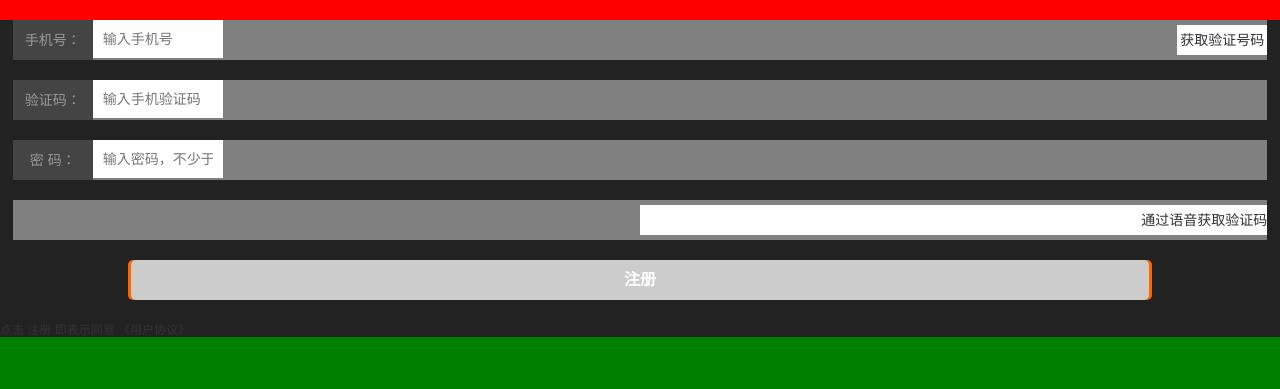
Repository: wangxinjun08231116/Html5Views
Page: WangXinJun/WebContent/htmls/QCF/ZhuCe.html
The author's editor kept a copy of each file at every save. The page is drawn from the files as they stood at one save, then again after the next save.
The browser window is 1280 px wide. The pictures show the whole page.

Above is the page before, as saved 2015-01-22 07:08:04.

After the next save:
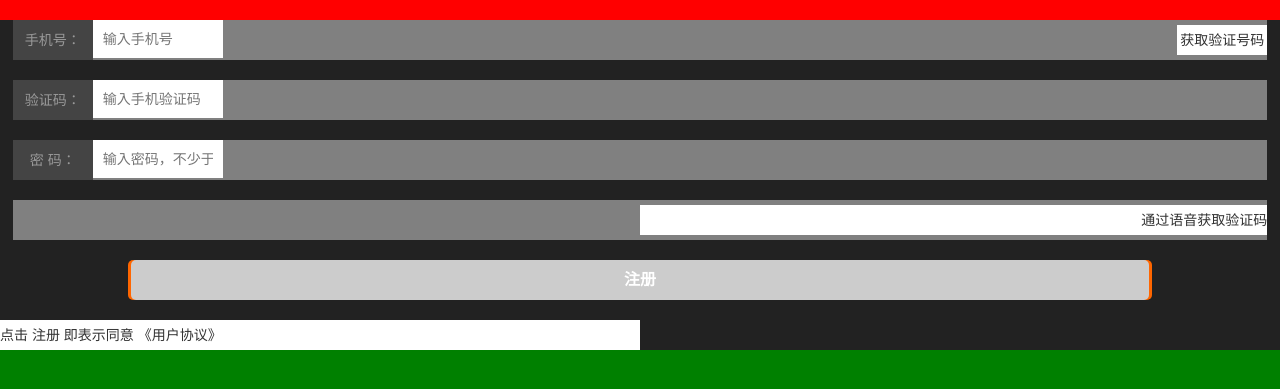
Saved 21 s later.
--- a/WangXinJun/WebContent/htmls/QCF/ZhuCe.html
+++ b/WangXinJun/WebContent/htmls/QCF/ZhuCe.html
@@ -39,8 +39,8 @@
 			<a class="zhuCeA"> 注册 </a>
 	  </div>
 
-	   <div  class="xieYiDiv.a">
-			 点击 注册 即表示同意 <a> 《用户协议》 </a>
+	   <div  class="xieYiDiv">
+			 点击 注册 即表示同意 <a class = "xieYiDiv.a" > 《用户协议》 </a>
 	  </div>
 
 
